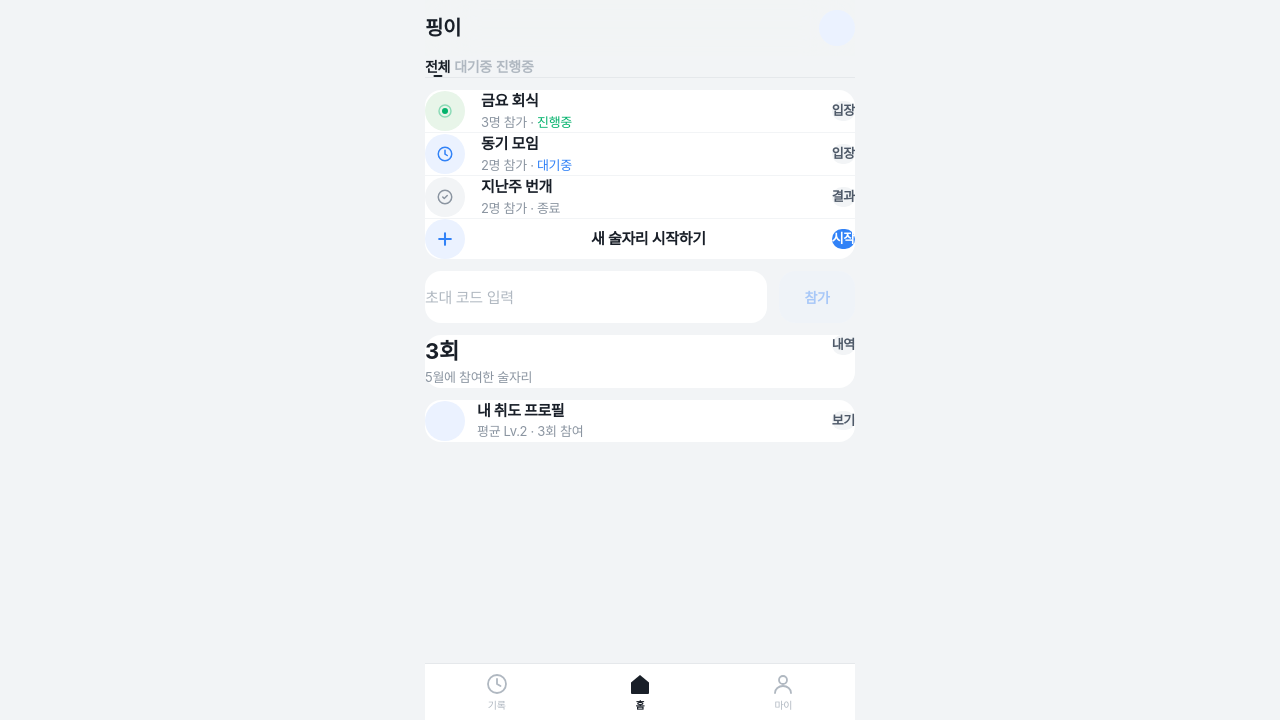
Repository: hyukwon311/Pingi-Front
Page: /home
The author's editor kept a copy of each file at every save. The page is drawn from the files as they stood at one save, then again after the next save.
The browser window is 1280 px wide. The pictures show the whole page.
The project was rebuilt for these pictures with package versions that can differ from the ones it lists, and the page was loaded fresh each time. Also part of the build but not shown: vite.config.ts, src/pages/Splash.tsx, src/components/common/Button.tsx, src/components/common/Input.tsx, src/pages/Login.tsx, src/components/common/Card.tsx, src/components/common/Badge.tsx, src/pages/History.tsx and 20 more.

Above is the page before, as saved 2026-05-16 20:38:48.

After the next save:
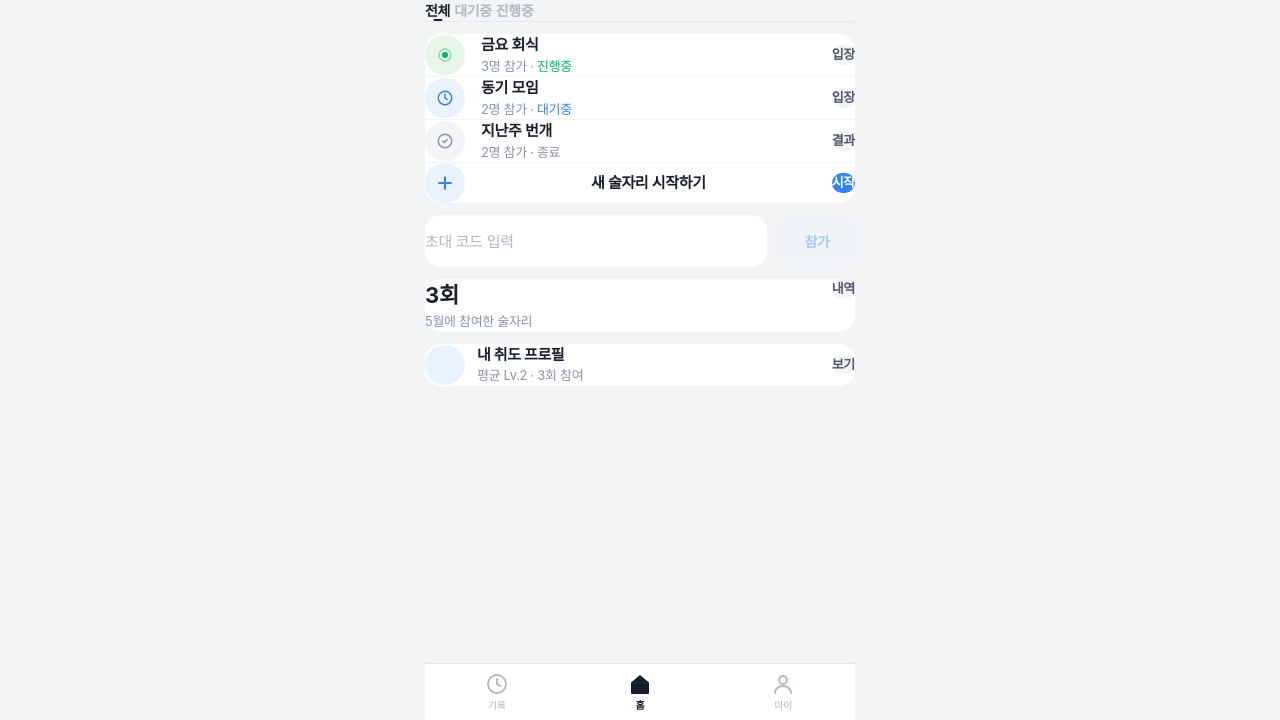
Saved 2 min 21 s later.
--- a/src/pages/Home.tsx
+++ b/src/pages/Home.tsx
@@ -83,19 +83,6 @@
 
   return (
     <PageTransition>
-      <Header
-        variant="home"
-        title="핑이"
-        right={
-          <button
-            onClick={() => navigate('/mypage')}
-            className="w-9 h-9 rounded-full bg-pingi-50 flex items-center justify-center text-[13px] font-bold text-pingi-600"
-          >
-            {user?.nickname.charAt(0)}
-          </button>
-        }
-      />
-
       <div className="flex flex-col gap-3 pb-6">
         <SectionTabs tabs={TABS} activeIndex={activeTab} onChange={setActiveTab} />
 

After the save that followed:
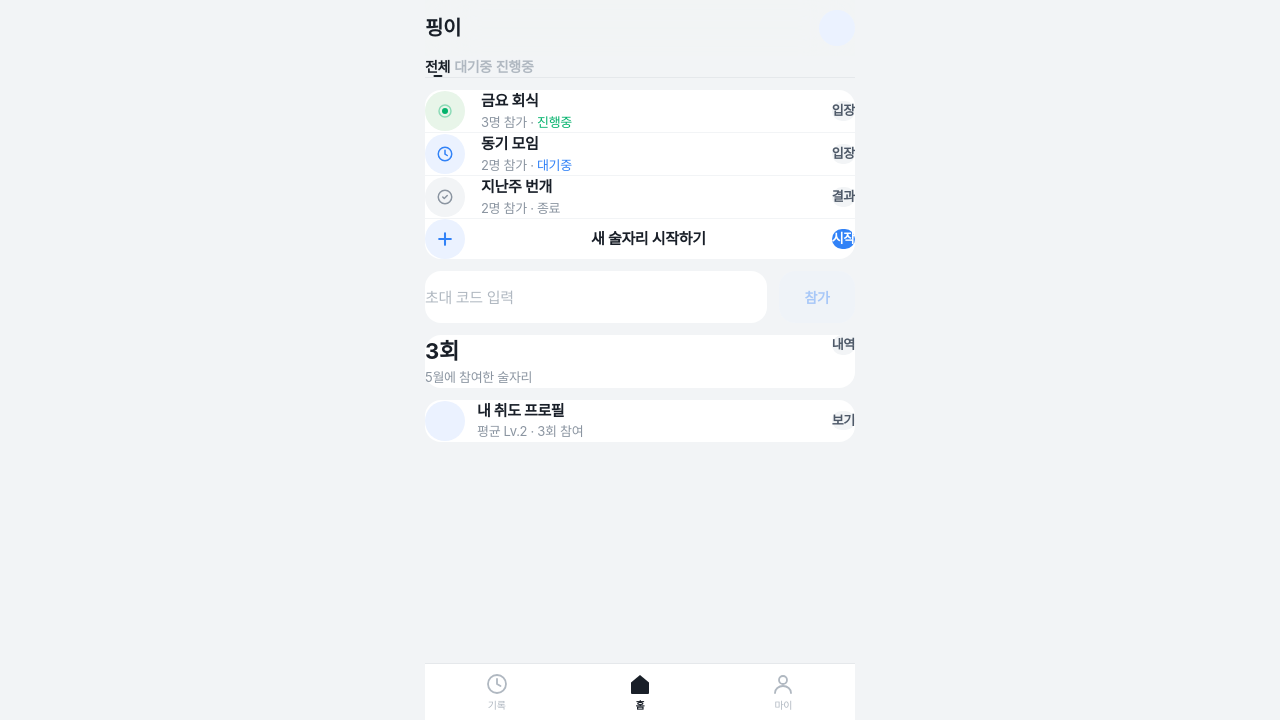
Saved 9 s later.
--- a/src/pages/Home.tsx
+++ b/src/pages/Home.tsx
@@ -83,6 +83,19 @@
 
   return (
     <PageTransition>
+      <Header
+        variant="home"
+        title="핑이"
+        right={
+          <button
+            onClick={() => navigate('/mypage')}
+            className="w-9 h-9 rounded-full bg-pingi-50 flex items-center justify-center text-[13px] font-bold text-pingi-600"
+          >
+            {user?.nickname.charAt(0)}
+          </button>
+        }
+      />
+
       <div className="flex flex-col gap-3 pb-6">
         <SectionTabs tabs={TABS} activeIndex={activeTab} onChange={setActiveTab} />
 
